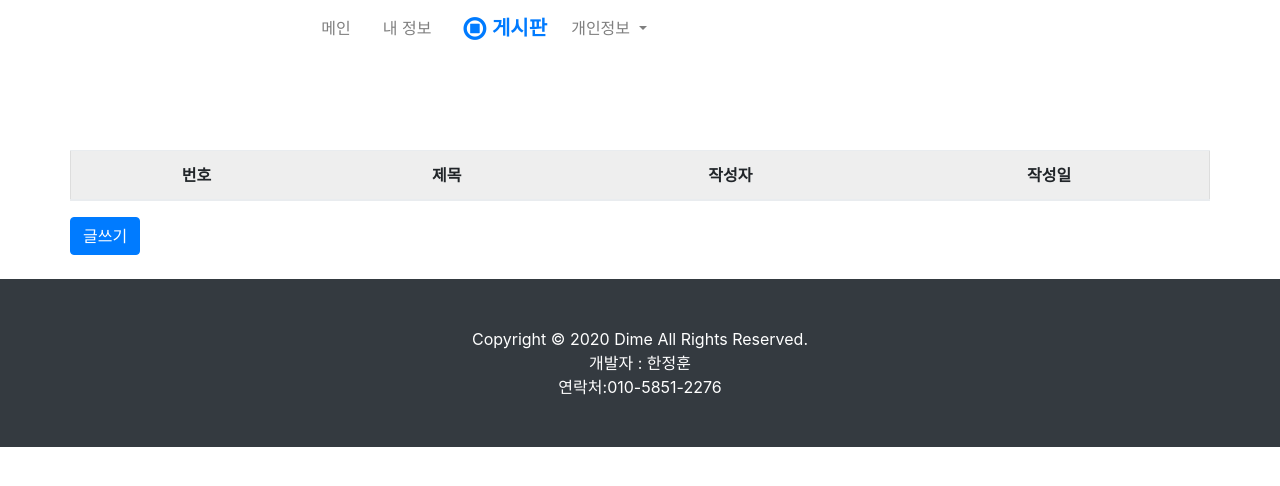
Repository: elecdime/jspboard
Page: http://localhost/BBS/projectbbs/bbs.jsp
The author's editor kept a copy of each file at every save. The page is drawn from the files as they stood at one save, then again after the next save.
The browser window is 1280 px wide. The pictures show the whole page.
Some web libraries are served in a nearby version. The page is served by Tomcat 9. Queries for data that is not in the repository find no rows.

Above is the page before, as saved 2020-07-08 12:38:14.

After the next save:
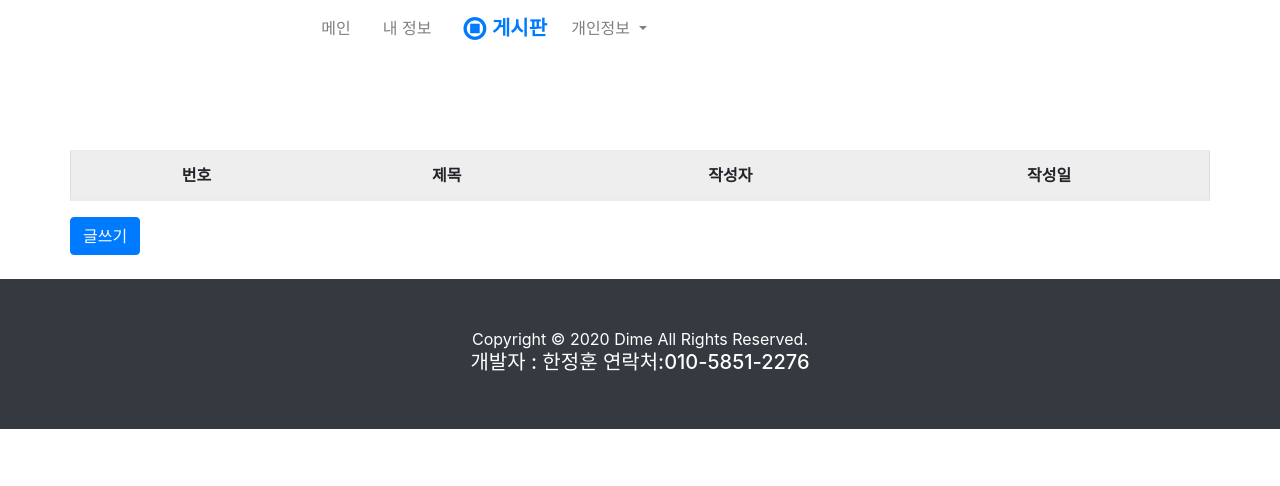
Saved 14 s later.
--- a/dime/project Web/BBS/WebContent/projectbbs/bottom.jsp
+++ b/dime/project Web/BBS/WebContent/projectbbs/bottom.jsp
@@ -16,7 +16,7 @@
 
 
 Copyright &copy; 2020 Dime All Rights Reserved.<br>
-<sm>개발자 : 한정훈 <br> 연락처:010-5851-2276</sm>
+<h5>개발자 : 한정훈  연락처:010-5851-2276</h5>
 </footer>
 </body>
 </html>
